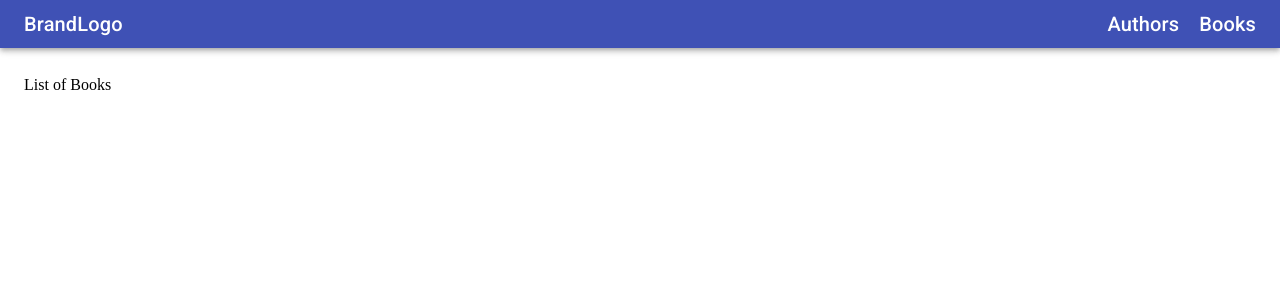
Repository: Sociophuck/00007494
Page: /books (app in front/)
The author's editor kept a copy of each file at every save. The page is drawn from the files as they stood at one save, then again after the next save.
The browser window is 1280 px wide. The pictures show the whole page.
The project was rebuilt for these pictures with package versions that can differ from the ones it lists, and the page was loaded fresh each time. Also part of the build but not shown: front/src/Author.js, front/src/Home.js, front/src/AuthorDetails.js.

Above is the page before, as saved 2021-04-04 15:41:00.

After the next save:
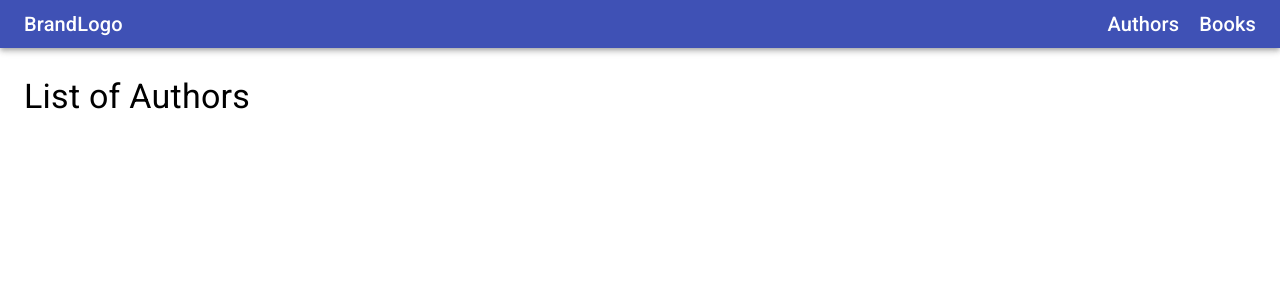
Saved 19 s later.
--- a/front/src/Book.js
+++ b/front/src/Book.js
@@ -1,7 +1,12 @@
 import { Container } from "@material-ui/core";
+import Typography from "@material-ui/core/Typography";
 
 function Book() {
-  return <Container>List of Books</Container>;
+  return (
+    <Container>
+      <Typography variant="h4">List of Authors</Typography>
+    </Container>
+  );
 }
 
 export default Book;
